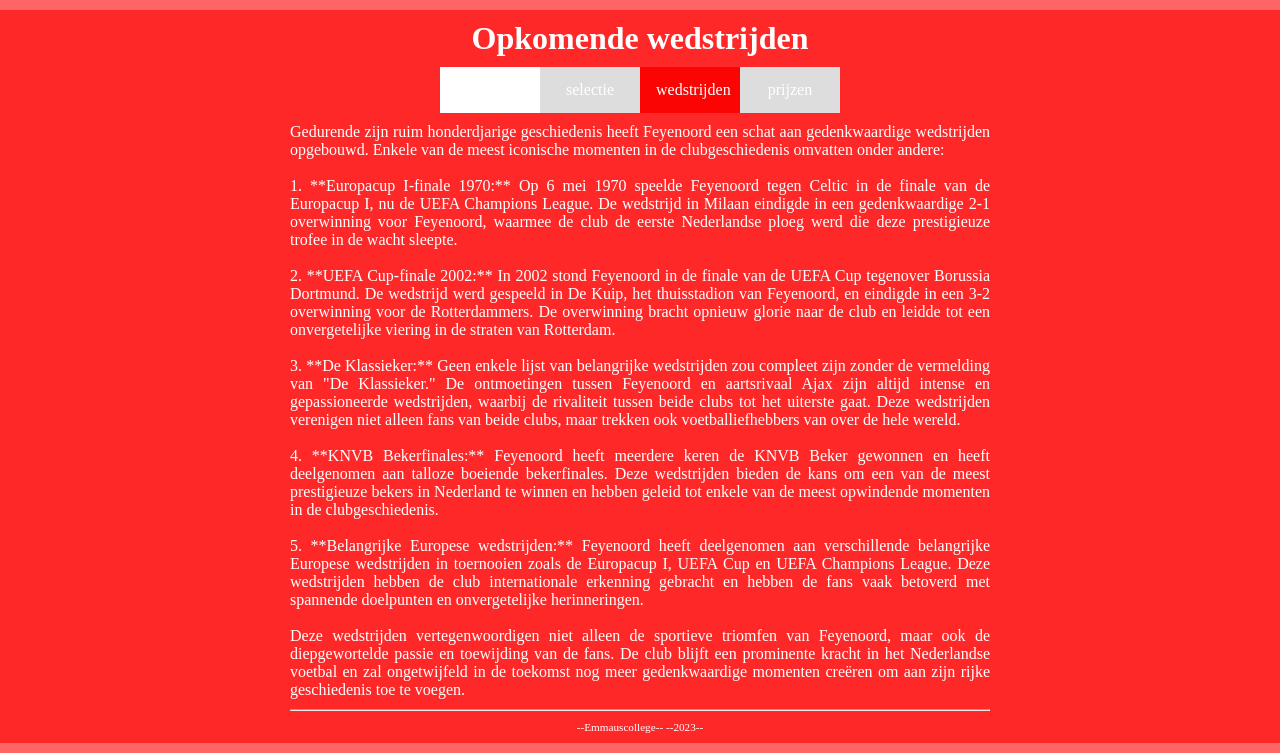
Repository: Manoize/ManoIze
Page: info.html
These files come from the project's save history. The page is drawn as it stood at one moment and after the next save; the edit follows.
The browser window is 1280 px wide. The pictures show the whole page.
The pointer rests on the first visible `nav li a`.

Above is the page before, as saved 2023-10-24 10:23:08.

### info.html
<!DOCTYPE html>

<html lang="nl">

<head>
  <link rel="stylesheet" href="style.css" />
  <title>Dit is een eenvoudige website</title>
  <meta charset="UTF-8" />
</head>

<body>
  <div class="page">

    <header>
      <h1>Opkomende wedstrijden</h1>
    </header>

    <nav>
      <ul>
        <li><a  href="index.html">Home</a></li>
        <li><a href="overmij.html">selectie</a></li>
        <li><a class="active" href="info.html">wedstrijden</a></li>
        <li><a href="prijzen.html">prijzen</a></li>
      </ul>
    </nav>

    <main>
      <p>Gedurende zijn ruim honderdjarige geschiedenis heeft Feyenoord een schat aan gedenkwaardige wedstrijden opgebouwd. Enkele van de meest iconische momenten in de clubgeschiedenis omvatten onder andere:<br>
        <br>
        1. **Europacup I-finale 1970:** Op 6 mei 1970 speelde Feyenoord tegen Celtic in de finale van de Europacup I, nu de UEFA Champions League. De wedstrijd in Milaan eindigde in een gedenkwaardige 2-1 overwinning voor Feyenoord, waarmee de club de eerste Nederlandse ploeg werd die deze prestigieuze trofee in de wacht sleepte.<br>
        <br>
        2. **UEFA Cup-finale 2002:** In 2002 stond Feyenoord in de finale van de UEFA Cup tegenover Borussia Dortmund. De wedstrijd werd gespeeld in De Kuip, het thuisstadion van Feyenoord, en eindigde in een 3-2 overwinning voor de Rotterdammers. De overwinning bracht opnieuw glorie naar de club en leidde tot een onvergetelijke viering in de straten van Rotterdam.<br>
        <br>
        3. **De Klassieker:** Geen enkele lijst van belangrijke wedstrijden zou compleet zijn zonder de vermelding van "De Klassieker." De ontmoetingen tussen Feyenoord en aartsrivaal Ajax zijn altijd intense en gepassioneerde wedstrijden, waarbij de rivaliteit tussen beide clubs tot het uiterste gaat. Deze wedstrijden verenigen niet alleen fans van beide clubs, maar trekken ook voetballiefhebbers van over de hele wereld.<br>
        <br>
        4. **KNVB Bekerfinales:** Feyenoord heeft meerdere keren de KNVB Beker gewonnen en heeft deelgenomen aan talloze boeiende bekerfinales. Deze wedstrijden bieden de kans om een van de meest prestigieuze bekers in Nederland te winnen en hebben geleid tot enkele van de meest opwindende momenten in de clubgeschiedenis.<br>
        <br>
        5. **Belangrijke Europese wedstrijden:** Feyenoord heeft deelgenomen aan verschillende belangrijke Europese wedstrijden in toernooien zoals de Europacup I, UEFA Cup en UEFA Champions League. Deze wedstrijden hebben de club internationale erkenning gebracht en hebben de fans vaak betoverd met spannende doelpunten en onvergetelijke herinneringen.<br>
        <br>
        Deze wedstrijden vertegenwoordigen niet alleen de sportieve triomfen van Feyenoord, maar ook de diepgewortelde passie en toewijding van de fans. De club blijft een prominente kracht in het Nederlandse voetbal en zal ongetwijfeld in de toekomst nog meer gedenkwaardige momenten creëren om aan zijn rijke geschiedenis toe te voegen.<br> </p>
    </main>

    <footer>
      <hr />
      <p class="smalltext">--Emmauscollege-- --2023--</p>
    </footer>

</div>
</body>

</html>

### style.css
/* Instellingen tussen commentaar zijn handig om fouten te helpen vinden, uncomment om aan te zetten */

/* zorg dat elke box een gestippelde rand krijgt,
   zodat je de afmeting goed kunt zien,
   letop 1: dit kan de layout soms kan wijzigen
   letop 2: laat 1 sterretje voor { staan als je commentaar weghaalt */
/*  * {border: 1px dotted black;}   */

/* zorg dat elke box een doorzichtige donkere achtergrond krijgt,
   hoe meer boxen in elkaar hoe donkerder de achtergrondkleur
   letop: laat 1 sterretje voor { staan als je commentaar weghaalt */
/*  * {background-color: rgba(0,0,0,5%);}  */

/* Basisinstellingen voor alle pagina's, alleen aanpassen als je pro wilt worden */

* {                                        /* geldt voor alles */
  box-sizing: border-box;                  /* zorg dat border meetelt bij de width en height van boxen */
  margin: 0px;                             /* standaard marge 0 */
}

html, body {                      /* geldt voor html en body */
  margin: 0px;                    /* standaard marge 0 */
  background-color: #ff00009a;    /* achtergrondkleur lichtgrijs */
  color: #ffffff;               /* tekstkleur donkergrijs */
}



body {

}

div {                             /* geldt voor div */
  overflow: hidden;               /* zorgt dat DIV de hoogte krijgt van wat erin zit (anders tellen de floats erin niet mee voor de hoogte en wordt dus wel eens hoogte 0) */
}

/* Indeling voor alle pagina's */

.page {
  width: 700px;                   /* vaste breedte van 700 pixels */
  margin: 10px auto;              /* boven en onder 10 pixels marge, links en rechts marge gelijk verdeeld (gecentreerd) */
}

header, footer {                  /* geldt voor header en footer */
  margin: 10px 0px;
}

main {
  text-align: justify;            /* tekst uitvullen */}

h1, h2, h3 {                      /* geldt voor h1 en h2 en h3 */
  margin: 10px 0px;
  text-align: center;             /* tekst centreren */
}

p {
  margin: 10px 0px;
  text-align: justify;            /* tekst links en rechts uitvullen */
}

img {
  margin: 10px 0px;
}

/* Indeling voor hoofd pagina */

/* .item {} */ /* hier doen we nog niks mee, dat mag je zelf toevoegen */

.item-plaatje {
  float:left;
  width:250px;
  padding-right: 15px; /* zorgt dat plaatje niet tegen tekst komt */
}
.item-tekst {
  float:right;
  width: 450px;
}

/* Indeling voor sub pagina */

/* Opmaak voor alle pagina's */

h1, h2, h3 {
      color: rgb(255, 255, 255);
}

.smalltext {
    text-align: center;
    font-size: 0.7em;
}

a {
    color: rgb(255, 255, 255);
    text-decoration: none;
}

a:hover {
    text-decoration: underline;
}

/* Opmaak voor sub pagina's */

/* Navigatiebalk voor alle pagina's */
nav ul {
    list-style-type: none;
    margin: auto;
    padding: 0;
    width: 400px;
    background-color: #dddddd;
    overflow: hidden;
}

nav ul li {
    float: left;

}

nav li a {
    display: block;
    color: white;
    text-align: center;
    padding: 14px 16px;
    width: 100px;
    text-decoration: none;
}

nav li a:hover {
    background-color: #ffffff;
}

nav li a.active {
    background-color: rgb(250, 4, 4);
}

After the next save:
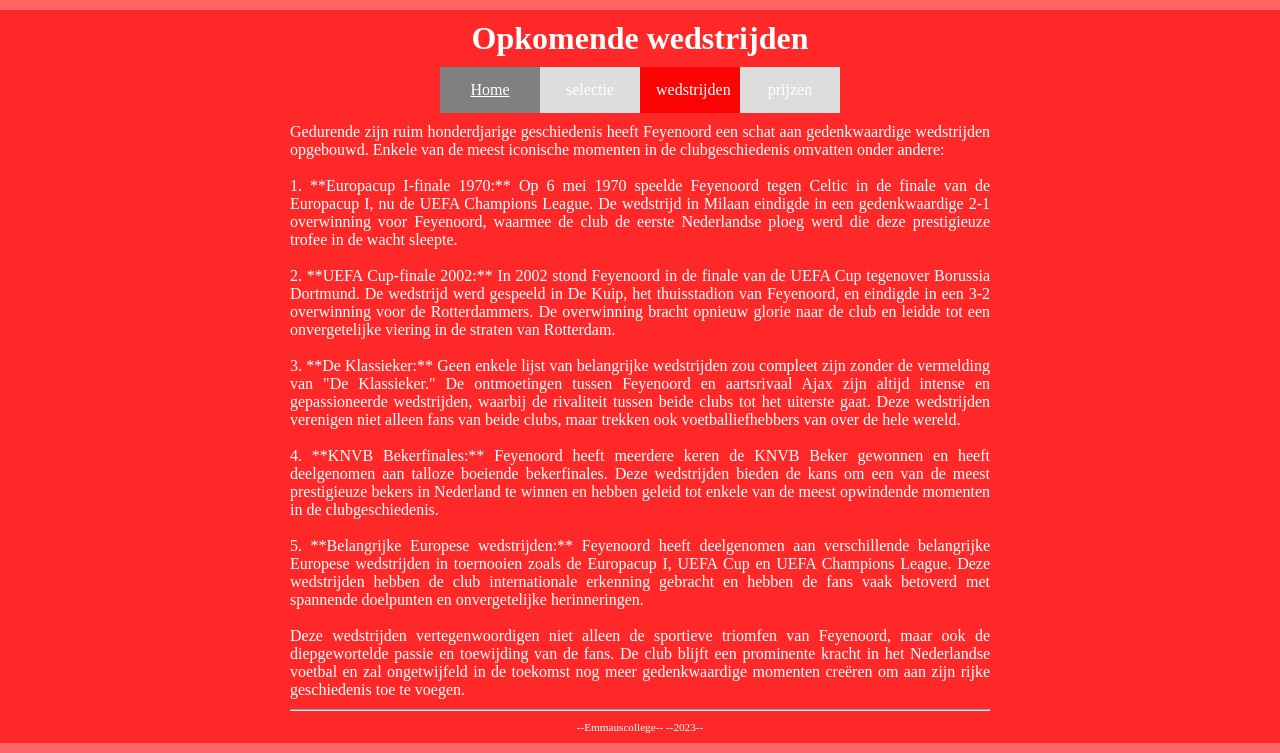
Saved 18 s later.
--- a/style.css
+++ b/style.css
@@ -125,7 +125,7 @@
 }
 
 nav li a:hover {
-    background-color: #ffffff;
+    background-color: #808080;
 }
 
 nav li a.active {
